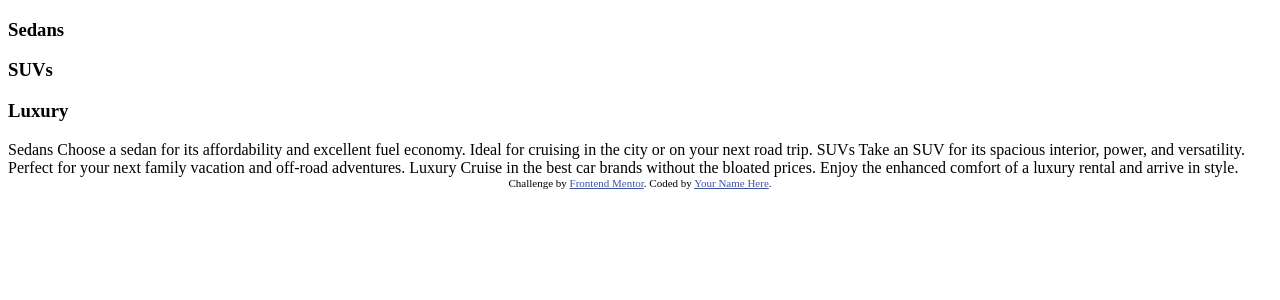
Repository: viniciussnt/3-column-preview-card
Page: index.html
These files come from the project's save history. The page is drawn as it stood at one moment and after the next save; the edit follows.
The browser window is 1280 px wide. The pictures show the whole page.

Above is the page before, as saved 2023-09-15 10:18:26.

### index.html
<!DOCTYPE html>
<html lang="en">
<head>
  <meta charset="UTF-8">
  <meta name="viewport" content="width=device-width, initial-scale=1.0">
  <link rel="icon" type="image/png" sizes="32x32" href="./images/favicon-32x32.png">

  <title>Frontend Mentor | 3-column preview card component</title>

  <!-- Feel free to remove these styles or customise in your own stylesheet 👍 -->
  <style>
    .attribution { font-size: 11px; text-align: center; }
    .attribution a { color: hsl(228, 45%, 44%); }
  </style>
</head>
<body>
  <div class="container">
    <article>
      <section class="sedans">
        <div class="img-box"></div>
        <h1 class="title">Sedans</h1>
      </section>

      <section class="suvs">
        <div class="img-box"></div>
        <h1 class="title">SUVs</h1>
      </section>

      <section class="luxury">
        <div class="img-box"></div>
        <h1 class="title">Luxury</h1>
      </section>
    </article>
  </div>
  Sedans
  Choose a sedan for its affordability and excellent fuel economy. Ideal for cruising in the city
  or on your next road trip.

  SUVs
  Take an SUV for its spacious interior, power, and versatility. Perfect for your next family vacation
  and off-road adventures.

  Luxury
  Cruise in the best car brands without the bloated prices. Enjoy the enhanced comfort of a luxury
  rental and arrive in style.

  <div class="attribution">
    Challenge by <a href="https://www.frontendmentor.io?ref=challenge" target="_blank">Frontend Mentor</a>.
    Coded by <a href="#">Your Name Here</a>.
  </div>
</body>
</html>

After the next save:
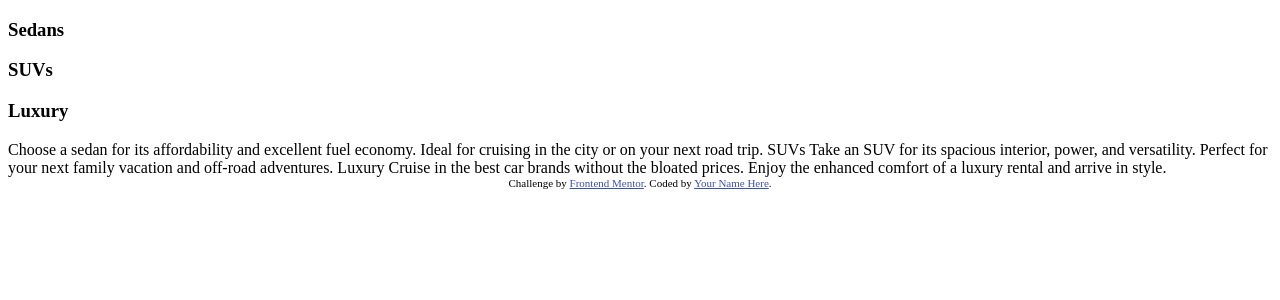
Saved 5 s later.
--- a/index.html
+++ b/index.html
@@ -32,7 +32,6 @@
       </section>
     </article>
   </div>
-  Sedans
   Choose a sedan for its affordability and excellent fuel economy. Ideal for cruising in the city
   or on your next road trip.
 
